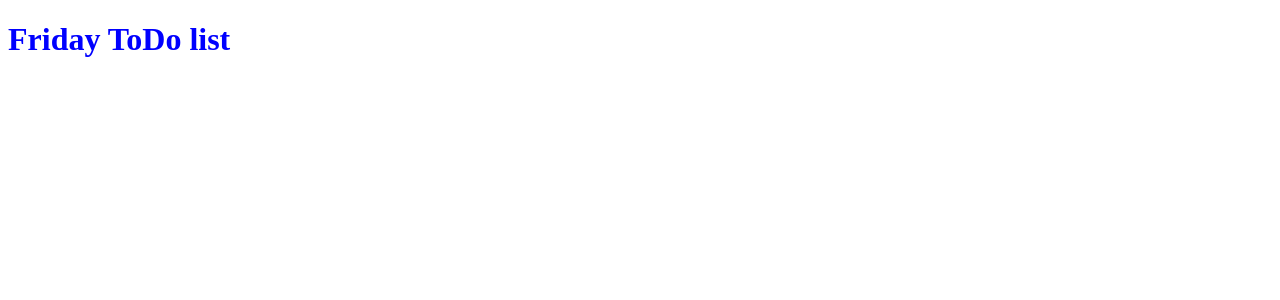
Repository: DESTINYAS/ToDo-List
Page: http://localhost/
These files come from the project's save history. The page is drawn as it stood at one moment and after a run of saves; the edit follows.
The browser window is 1280 px wide. The pictures show the whole page.
The page is served by the project's Node server (app.js).

Above is the page before, as saved 2022-08-23 18:02:28.

### views/list.ejs
<!DOCTYPE html>
<html lang="en">
  <head>
    <meta charset="UTF-8" />
    <meta http-equiv="X-UA-Compatible" content="IE=edge" />
    <meta name="viewport" content="width=device-width, initial-scale=1.0" />
    <title>To do list</title>
  </head>
  <body>
    <% if (kindOfDay===0 || kindOfDay===6){ %>
    <h1 style="color: purple"><%= kindOfDay %> ToDo list</h1>
    <% }else {%>
    <h1 style="color: blue"><%= kindOfDay %> ToDo list</h1>
    <% } %>
  </body>
</html>

### app.js
const express = require("express");
const bodyParser = require("body-parser");

const app = express();

app.set("view engine", "ejs");

app.get("/", function (req, res) {
  const today = new Date();
  var currentDay = today.getDay();
  var day = "";
  switch (currentDay) {
    case 0:
      day = "Sunday";
      break;
    case 1:
      day = "Monday";
      break;
    case 2:
      day = "Tuesday";
      break;
    case 3:
      day = "Wednesday";
      break;
    case 4:
      day = "Thursday";
      break;
    case 5:
      day = "Friday";
      break;
    case 6:
      day = "Saturday";
      break;
    default:
      console.log("Error: current day is equal to: " + currentDay);
  }
  res.render("list", { kindOfDay: day });
});

app.listen(3000, function () {
  console.log("server started at port 3000");
});

After the next 2 saves:
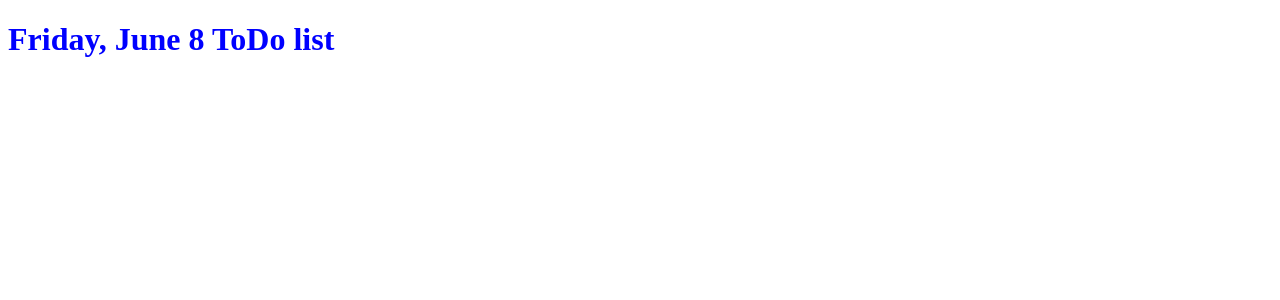
The 2 saves are shown as one change because 1 did not build or start.
The last was saved 17 min 26 s later.
--- a/app.js
+++ b/app.js
@@ -7,33 +7,14 @@ app.set("view engine", "ejs");
 
 app.get("/", function (req, res) {
   const today = new Date();
-  var currentDay = today.getDay();
-  var day = "";
-  switch (currentDay) {
-    case 0:
-      day = "Sunday";
-      break;
-    case 1:
-      day = "Monday";
-      break;
-    case 2:
-      day = "Tuesday";
-      break;
-    case 3:
-      day = "Wednesday";
-      break;
-    case 4:
-      day = "Thursday";
-      break;
-    case 5:
-      day = "Friday";
-      break;
-    case 6:
-      day = "Saturday";
-      break;
-    default:
-      console.log("Error: current day is equal to: " + currentDay);
-  }
+
+  var options = {
+    weekday: "long",
+    day: "numeric",
+    month: "long",
+  };
+  var day = today.toLocaleDateString("en-US", options);
+
   res.render("list", { kindOfDay: day });
 });
 
